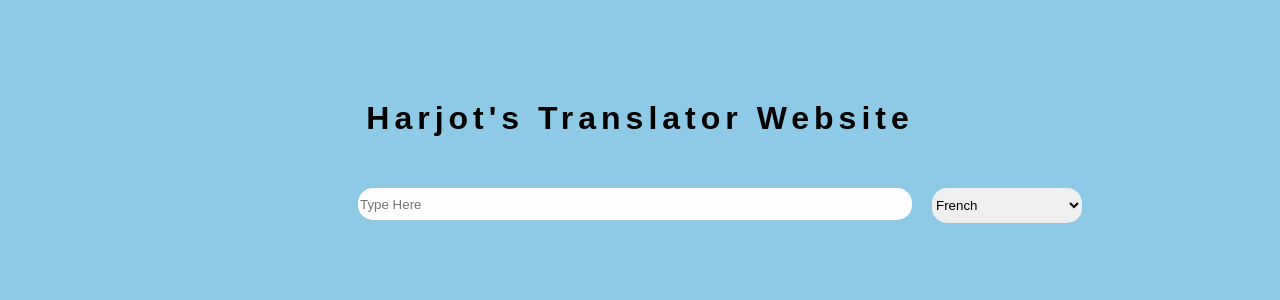
Repository: Harjot00/Pythonpractice
Page: Translator/homepage.html
An editor plug-in stored every save of this project. The page is shown before and after the next save, followed by the edit.
The browser window is 1280 px wide. The pictures show the whole page.
Some web fonts or font styles are not loaded; a fallback is used.

Above is the page before, as saved 2022-03-06 18:39:57.

After the next save:
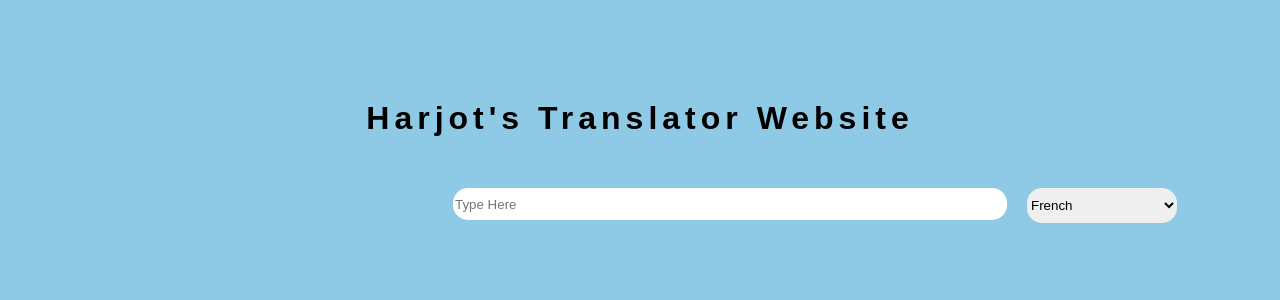
Saved 20 s later.
--- a/Translator/homepage.html
+++ b/Translator/homepage.html
@@ -12,7 +12,7 @@
 </head>
 <body>
     <h1 style = "font-family: 'Mrs Sheppards', sans-serif;letter-spacing: 5px;">Harjot's Translator Website</h1>
-    <div style = "display: flex;">
+    <div style = "display: flex; justify-content: center;">
         <input type="text" id="entry" placeholder="Type Here"></input>
         <form id="language">
             <select >
